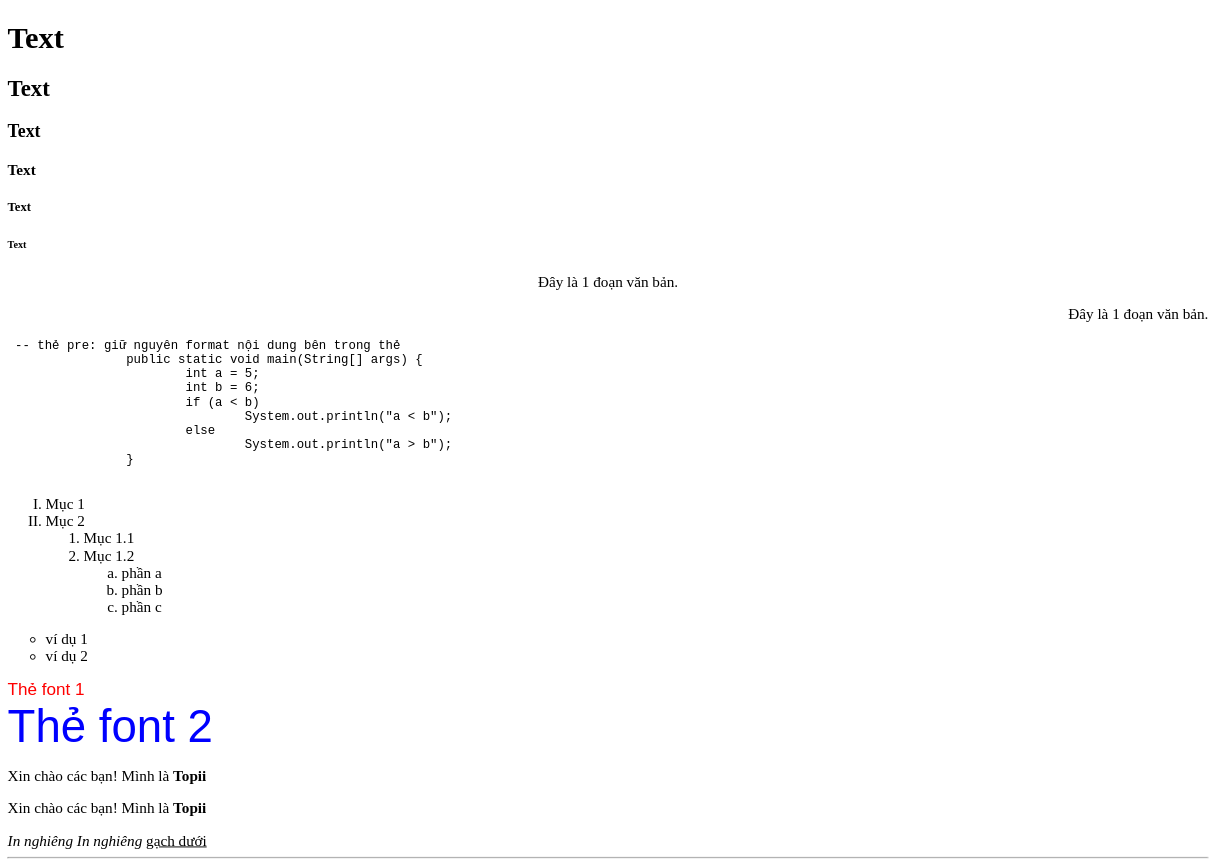
Repository: PhiKhongHoang/JSP-Servlet
Page: Bai2_HTML/src/main/webapp/vidu.html
These files come from the project's save history. The page is drawn as it stood at one moment and after the next save; the edit follows.
The browser window is 1280 px wide. The pictures show the whole page, at 95% of full size.

Above is the page before, as saved 2024-02-16 08:47:21.

After the next save:
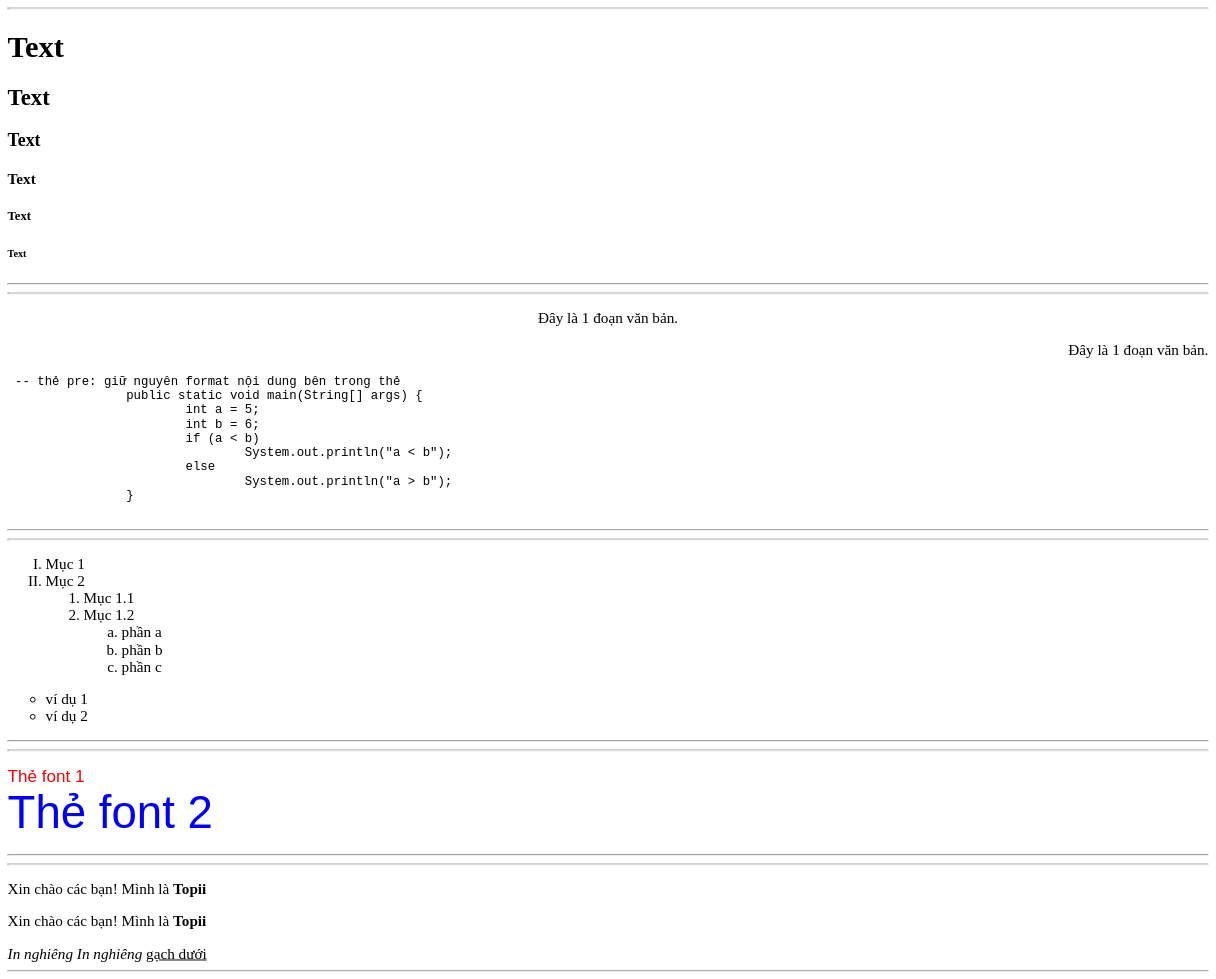
Saved 2 min 14 s later.
--- a/Bai2_HTML/src/main/webapp/vidu.html
+++ b/Bai2_HTML/src/main/webapp/vidu.html
@@ -5,6 +5,7 @@
 <title>Insert title here</title>
 </head>
 <body>
+<hr>
 	<h1>Text</h1>
 	<!-- kích cỡ lớn nhất -->
 	<h2>Text</h2>
@@ -13,7 +14,8 @@
 	<h5>Text</h5>
 	<h6>Text</h6>
 	<!-- kích cỡ nhỏ nhất -->
-
+<hr>
+<hr>
 	<p align="center">Đây là 1 đoạn văn bản.</p>
 	<p align="right">Đây là 1 đoạn văn bản.</p>
 
@@ -27,7 +29,8 @@
 				System.out.println("a &gt; b");
 		}
 	</pre>
-
+<hr>
+<hr>
 	<!-- List
 		ol: order list: list có thứ tự
 		ul: unorder list: list không có thứ tự
@@ -52,7 +55,9 @@
 	 	<li>ví dụ 1</li>
 	 	<li>ví dụ 2</li>
 	 </ul>
+<hr>
 
+<hr>
 	 <p>
 	 	<font color="red" size="4" face="arial">
 	 		Thẻ font 1
@@ -62,13 +67,14 @@
 	 		Thẻ font 2
 	 	</font>
 	 </p>
-
+<hr>
+<hr>
 	 <p>Xin chào các bạn! Mình là <b>Topii</b></p>
 	 <p>Xin chào các bạn! Mình là <strong>Topii</strong></p>
 	 <i>In nghiêng</i>
 	 <em>In nghiêng</em>
 	 <u>gạch dưới</u>
-	 <hr>
+<hr>
 
 
 </body>
